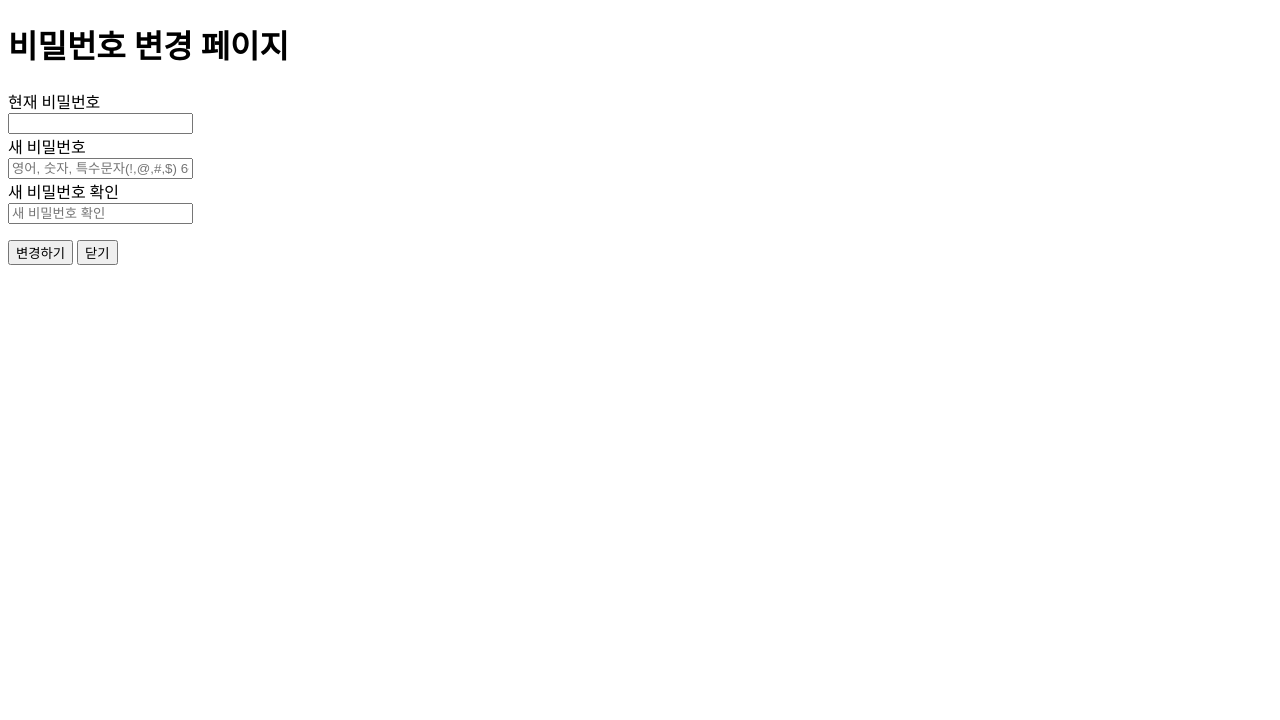
Repository: Godzilla-Man/codingStudy
Page: http://localhost/server_06_notice/member/pwChgFrm
These files come from the project's save history. The page is drawn as it stood at one moment and after the next save; the edit follows.
The browser window is 1280 px wide. The pictures show the whole page.
Some web fonts or font styles are not loaded; a fallback is used. The page is served by Tomcat 9. Other server files are loaded and not shown.

Above is the page before, as saved 2025-05-07 02:45:57.

### server_06_notice/src/main/webapp/WEB-INF/views/member/pwChg.jsp
<%@ page language="java" contentType="text/html; charset=UTF-8"
    pageEncoding="UTF-8"%>
<!DOCTYPE html>
<html>
<head>
<meta charset="UTF-8">
<title>Insert title here</title>
</head>
<body>
	<h1>비밀번호 변경 페이지</h1>
</body>
	<div class="wrap">
		<main class="content pw=container">
			<section class="section">
				<div class="pw-info-wrap">
					<form id="pwChgForm" action="/member/pwChg" method="post">

						<div class="input-wrap">
							<div class="input-title">
								<label for="memberPw">현재 비밀번호</label>
							</div>
							<div class="input-item">
								<%-- 서블릿에서 세션에 등록된 회원의 비밀번호와 일치하는지 검증하기 위해, name 속성 작성하여 서버로 전송 --%>
								<input type="password" id="memberPw" name="memberPw">
							</div>
						</div>

						<div class="input-wrap">
							<div class="input-title">
								<label for="newMemberPw">새 비밀번호</label>
							</div>
							<div class="input-item">
								<input type="password" id="newMemberPw" name="newMemberPw" placeholder="영어, 숫자, 특수문자(!,@,#,$) 6~30글자">
							</div>
						</div>

						<div class="input-wrap">
							<div class="input-title">
								<label for="newMemberPwRe">새 비밀번호 확인</label>
							</div>
							<div class="input-item">
								<input type="password" id="newMemberPwRe" name="newMemberPwRe" placeholder="새 비밀번호 확인">
							</div>
							<p id="pwMessage" class="input-msg"></p>
						</div>

						<div class="pw-btn">
							<button type="button" onclick="pwChg()" class="btn=primary lg">변경하기</button>
							<button type="button" onclick="closeFn()" class="btn-secondary lg">닫기</button>
						</div>

					</form>
				</div>
			</section>
		</main>
	</div>
</html>

### server_06_notice/src/main/java/kr/or/iei/member/controller/PwChgFrmServlet.java
package kr.or.iei.member.controller;

import java.io.IOException;

import javax.servlet.RequestDispatcher;
import javax.servlet.ServletException;
import javax.servlet.annotation.WebServlet;
import javax.servlet.http.HttpServlet;
import javax.servlet.http.HttpServletRequest;
import javax.servlet.http.HttpServletResponse;

/**
 * Servlet implementation class PwChgFrmServlet
 */
@WebServlet("/member/pwChgFrm")
public class PwChgFrmServlet extends HttpServlet {
	private static final long serialVersionUID = 1L;

    /**
     * @see HttpServlet#HttpServlet()
     */
    public PwChgFrmServlet() {
        super();
        // TODO Auto-generated constructor stub
    }

	/**
	 * @see HttpServlet#doGet(HttpServletRequest request, HttpServletResponse response)
	 */
	protected void doGet(HttpServletRequest request, HttpServletResponse response) throws ServletException, IOException {
		//1. 인코딩 - 필터
		//2. 값 추출
		//3. 로직
		//4. 결과 처리
			RequestDispatcher view = request.getRequestDispatcher("/WEB-INF/views/member/pwChg.jsp");
			view.forward(request, response);
	}

	/**
	 * @see HttpServlet#doPost(HttpServletRequest request, HttpServletResponse response)
	 */
	protected void doPost(HttpServletRequest request, HttpServletResponse response) throws ServletException, IOException {
		// TODO Auto-generated method stub
		doGet(request, response);
	}

}

### server_06_notice/src/main/webapp/resources/css/default.css


:root {
  /*main color*/
  --main1: #3d3d3d;
  --main2: #6059f7;
  --main3: #6592fe;
  --main4: #36c3fe;
  --main5: #8c61ff;
  /*box-bg*/
  --box-bg: #f0f1f1;
  /*gray*/
  --gray1: #222222;
  --gray2: #555555;
  --gray3: #717171;
  --gray4: #8f8f8f;
  --gray5: #b7b7b7;
  --gray6: #d6d6d6;
  --gray7: #efefef;
  --gray8: #ffffff;

  /*line-color*/
  --line1: #222222;
  --line2: #d6d6d6;
  --line3: #eaeced;
  --line4: #f6f6f6;
  --line5: #f8f9fa;
}
@font-face {
  font-family: ns-l;
  src: url(/resources/resources/font/NotoSansKR-Light.ttf);
}
@font-face {
  font-family: ns-r;
  src: url(/resources/font/NotoSansKR-Regular.ttf);
}
@font-face {
  font-family: ns-b;
  src: url(/resources/font/NotoSansKR-Bold.ttf);
}
@font-face {
  font-family: ns-black;
  src: url(/resources/font/NotoSansKR-Black.ttf);
}
* {
  margin: 0;
  padding: 0;
  outline: 20;
  font-family: ns-r;
  list-style-type: none;
  color : var(--main1);
}
a {
  text-decoration: none;
}
.wrap {
  min-height: 100vh;
  display: flex;
  flex-direction: column;
  min-width: 800px;
  position: relative;
  background-color: var(--box-bg);
}

.header {
  background-color: var(--main2);
  width: 100%;
  position: sticky;
  top: 0;
  z-index:1;
}
.header > div {
  padding: 10px;
  max-width: 1400px;
  margin: 0 auto;
  display: flex;
  align-items: center;
}
.header a {
  color: var(--gray8);
}
.logo {
  margin-right: 24px;
}
.logo > a {
  font-family: ns-black;
  font-size: 28px;
}
.nav {
  flex: 1;

}
.nav > ul {
  display: flex;
  align-items: center;
}
.nav > ul > li {
  margin: 0px 15px;
  position: relative;

}
.nav a,
.user-menu a {
  transition-duration: 0.3s;
}

.nav a:hover,
.user-menu a:hover {
  color: var(--gray1);
}

.nav .sub-menu {
  display: none;
  position: absolute;
  width: 130px;
  background-color: #fff;
  border: 1px solid var(--main2);
  border-radius: 5px;
  left: 10px;
  z-index: 1;
}

.sub-menu > li > a {
  color: var(--main2);
  padding: 10px;
  display: block;
}
.nav > ul > li:hover > .sub-menu {
  display: block;
}
.sub-menu > li > a:hover {
  background-color: var(--main2);
  color: var(--gray8);
}
.user-menu {
  display: flex;
}
.user-menu > li {
  margin-left: 20px;
}

.content {
  width: 100%;
  max-width: 1400px;
  margin: 30px auto;
  flex: 1;

}
.page-title {
  font-weight : bold;
  padding: 30px;
  text-align: center;
  font-family: ns-b;
  font-size: 20px;
  color: var(--main2);
}
.footer {
  background-color: var(--gray6);
}
.footer > div {
  max-width: 1400px;
  padding: 20px 10px;
  margin: 0 auto;
}
.footer > div > p {
  margin: 10px 0px;
  font-family: ns-b;
  font-size: 16px;
}

section.section {
  padding: 20px;
  border-radius: 10px;
  background-color: var(--gray8);
}
section.section.bg-section {
  background-color: var(--box-bg);
}

[class^="btn-"] {
  cursor: pointer;
  font-size: 14px;
  padding: 9px 20px;
  border: none;
  border-radius: 5px;
  font-family: ns-b;
}
.btn-primary {
  border: 1px solid var(--main3);
  background-color: var(--main3);
  color: var(--gray8);
}
.btn-primary:hover {
  background-color: rgba(101, 146, 254, 0.9);
}
.btn-secondary {
  border: 1px solid var(--gray4);
  background-color: var(--gray4);
  color: var(--gray8);
}
.btn-secondary:hover {
  background-color: rgba(143, 143, 143, 0.9);
}
.btn-point {
  border: 1px solid var(--main5);
  background-color: var(--main5);
  color: var(--gray8);
}
.btn-point:hover {
  background-color: rgba(140, 97, 255, 0.9);
}
.btn-primary.outline {
  color: var(--main3);
  background-color: var(--gray8);
}
.btn-primary.outline:hover {
  background-color: rgba(101, 146, 254, 0.2);
}
.btn-secondary.outline {
  color: var(--gray4);
  background-color: var(--gray8);
}
.btn-secondary.outline:hover {
  background-color: rgba(143, 143, 143, 0.2);
}
.btn-point.outline {
  color: var(--main5);
  background-color: var(--gray8);
}
.btn-point.outline:hover {
  background-color: rgba(140, 97, 255, 0.2);
}
[class^="btn-"].sm {
  padding: 5px 10px;
  font-family: ns-r;
  font-size: 12px;
}
[class^="btn-"].md {
  padding: 7px 15px;
  font-size: 14px;
  border-radius: 20px;
}
[class^="btn-"].lg {
  padding: 12px 25px;
  font-size: 16px;
  border-radius: 25px;
}

.tbl {
  border-top: 1px solid var(--main3);
  width: 100%;
  border-spacing: 0;
}
.tbl th,
.tbl td {
  text-align: center;
  border-bottom: 1px solid var(--line2);
  padding: 10px 20px;
}
.tbl th.left,
.tbl td.left {
  text-align: left;
}
.tbl th {
  background-color: rgba(101, 146, 254, 0.2);
}
.tbl.tbl-hover tbody > tr:hover {
  cursor: pointer;
  background-color: rgba(101, 146, 254, 0.1);
}
.input-wrap {
  display: flex;
  flex-direction: column;
}
.input-wrap > .input-title {
  margin-bottom: 10px;
  font-size: 16px;
  font-weight: bold;
  line-height: 1.5;
}
.input-item {
  display: flex;
  gap: 10px;
}
.input-item > input {
  flex: 1;
  font-size: 16px;
  line-height: 1.5;
  border: none;
  border-bottom: 1px solid var(--gray5);
  padding: 8px 0px;
}
.input-item + .input-msg {
  position: relative;
  margin-top: 8px;
  padding-left: 24px;
  color: var(--gray3);
  font-size: 14px;
  line-height: 1.5;
}
.input-item + .input-msg::before {
  content: "";
  display: block;
  position: absolute;
  left: 0;
  top: 0;
  bottom: 0;
  width: 20px;
  background: url(/resources/images/icon_info.svg) no-repeat center / contain;
}
.input-item + .input-msg.valid {
  color: #1065dc;
}
.input-item + .input-msg.valid::before {
  background: url(/resources/images/icon_info_success.svg) no-repeat center / contain;
}
.input-item + .input-msg.invalid {
  color: #ff3d00;
}
.input-item + .input-msg.invalid::before {
  background: url(/resources/images/icon_info_warning.svg) no-repeat center / contain;
}

.input-item > textarea {
  width: 100%;
  height: 156px;
  padding: 15px;
  resize: none;
  font-size: 16px;
  line-height: 24px;
  border: 1px solid var(--line2);
}

.input-wrap > input[type="checkbox"] {
  display: none;
}
.input-wrap > input[type="checkbox"] + label {
  position: relative;
  display: block;
  flex-grow: 1;
  padding: 8px 0 8px 30px;
  cursor: pointer;
}
.input-wrap > input[type="checkbox"] + label::before {
  content: "";
  display: block;
  position: absolute;
  left: 0;
  top: 8px;
  width: 24px;
  height: 24px;
  color: var(--main3);
  border-radius: 50%;
  background: url(/resources/images/icon_check.png) no-repeat center / 20px;
}
.input-wrap > input[type="checkbox"]:checked + label::before {
  background: url(/resources/images/icon_check_active.png) no-repeat center / 20px;
}

.input-wrap > input[type="radio"] {
  display: none;
}
.input-wrap > input[type="radio"] + label {
  position: relative;
  display: block;
  flex-grow: 1;
  padding: 8px 0 8px 30px;
  cursor: pointer;
}
.input-wrap > input[type="radio"] + label::before {
  content: "";
  display: block;
  position: absolute;
  left: 0;
  top: 8px;
  width: 24px;
  height: 24px;
  color: var(--main3);
  border-radius: 50%;
  background: url(/resources/images/icon_check.png) no-repeat center / 20px;
}
.input-wrap > input[type="radio"]:checked + label::before {
  background: url(/resources/images/icon_check_active.png) no-repeat center / 20px;
}
.select {
  flex: 1;
  position: relative;
  border: 1px solid var(--line2);
  border-radius: 5px;
  background: #fff url(/resources/images/icon_arrow_down.svg) no-repeat right 12px center / 12px;
  overflow: hidden;
}
.select > select {
  width: 100%;
  padding: 8px 12px;
  font-size: 16px;
  line-height: 1.5;
  cursor: pointer;
  appearance: none;
  background-color: transparent;
  border: 0;
}
.modal-bg {
  background-color: rgba(0, 0, 0, 0.4);
  position: fixed;
  width: 100vw;
  height: 100vh;
  top: 0;
  left: 0;
  display: none;
  justify-content: center;
  align-items: center;
}
.modal-bg.open {
  display: flex;
}
.modal-container {
  background-color: var(--gray8);
  padding: 40px 20px;
  width: 500px;
  display: flex;
  flex-direction: column;
  border-radius: 10px;
  gap: 20px;
  box-sizing: border-box;
  position: relative;
}
.modal-title {
  font-size: 20px;
  font-family: ns-b;
  line-height: 30px;
  text-align: center;
}
.modal-main {
  flex: 1;
  overflow-y: auto;
  padding: 0px 30px;
}
.modal-content {
  max-height: 200px;
}
.modal-btn-area {
  display: flex;
  gap: 13px;
  justify-content: center;
}
.modal-close-btn {
  position: absolute;
  top: 20px;
  right: 20px;
  font-size: 30px;
  cursor: pointer;
}

.posting-wrap{
	overflow: hidden;
	padding: 10px;
}
.posting-wrap>.posting-item{
	box-sizing: border-box;
	width : 335px;
	float: left;
	padding : 30px

}
.posting-item>a{
	display : block;
}
.posting-item:hover{
	box-shadow: 0 2px 10px 0 rgba(0, 0, 0, 0.2);
}
.posting-img{
	height: 200px;
}
.posting-img>img{
	width:100%;
	height:100%;
	object-fit:contain;
}
.posting-info{
	margin: 10px auto;
	width: 75%
}
.posting-title{
	font-size : 18px;
	font-family : ns-b;
	white-space: nowrap;
	overflow: hidden;
	text-overflow: ellipsis;
}

.pagination {
  list-style-type: none;
  display: flex;
  justify-content: center;
  align-items: center;
}
.posting-sub-info{
	margin : 10px 0px;
	display: flex;
	justify-content: space-between;
}
.posting-sub-info>span{
	font-size: 14px;
	font-family: ns-b;
}

.pagination > li {
  width: 40px;
  height: 40px;
  text-align: center;
  line-height: 40px;
  overflow: hidden;
}
.pagination.circle-style > li {
  border-radius: 50%;
}
.pagination > li > a.page-item {
  display: block;
  width: 100%;
  height: 100%;
  font-size: 18px;
}
.pagination > li > a.page-item > span.material-icons {
  display: block;
  width: 100%;
  height: 100%;
  line-height: 40px;
}
.pagination .page-item.active-page {
  background-color: var(--main2);
  color: #fff;
}

### server_06_notice/src/main/webapp/resources/images/icon_info.svg
<svg fill="#717171" clip-rule="evenodd" fill-rule="evenodd" stroke-linejoin="round" stroke-miterlimit="2" viewBox="0 0 24 24" xmlns="http://www.w3.org/2000/svg"><path d="m12.002 2.005c5.518 0 9.998 4.48 9.998 9.997 0 5.518-4.48 9.998-9.998 9.998-5.517 0-9.997-4.48-9.997-9.998 0-5.517 4.48-9.997 9.997-9.997zm0 1.5c-4.69 0-8.497 3.807-8.497 8.497s3.807 8.498 8.497 8.498 8.498-3.808 8.498-8.498-3.808-8.497-8.498-8.497zm0 6.5c-.414 0-.75.336-.75.75v5.5c0 .414.336.75.75.75s.75-.336.75-.75v-5.5c0-.414-.336-.75-.75-.75zm-.002-3c.552 0 1 .448 1 1s-.448 1-1 1-1-.448-1-1 .448-1 1-1z" fill-rule="nonzero"/></svg>

Loaded but not shown: server_06_notice/src/main/webapp/resources/js/sweetalert.min.js (library)

After the next save:
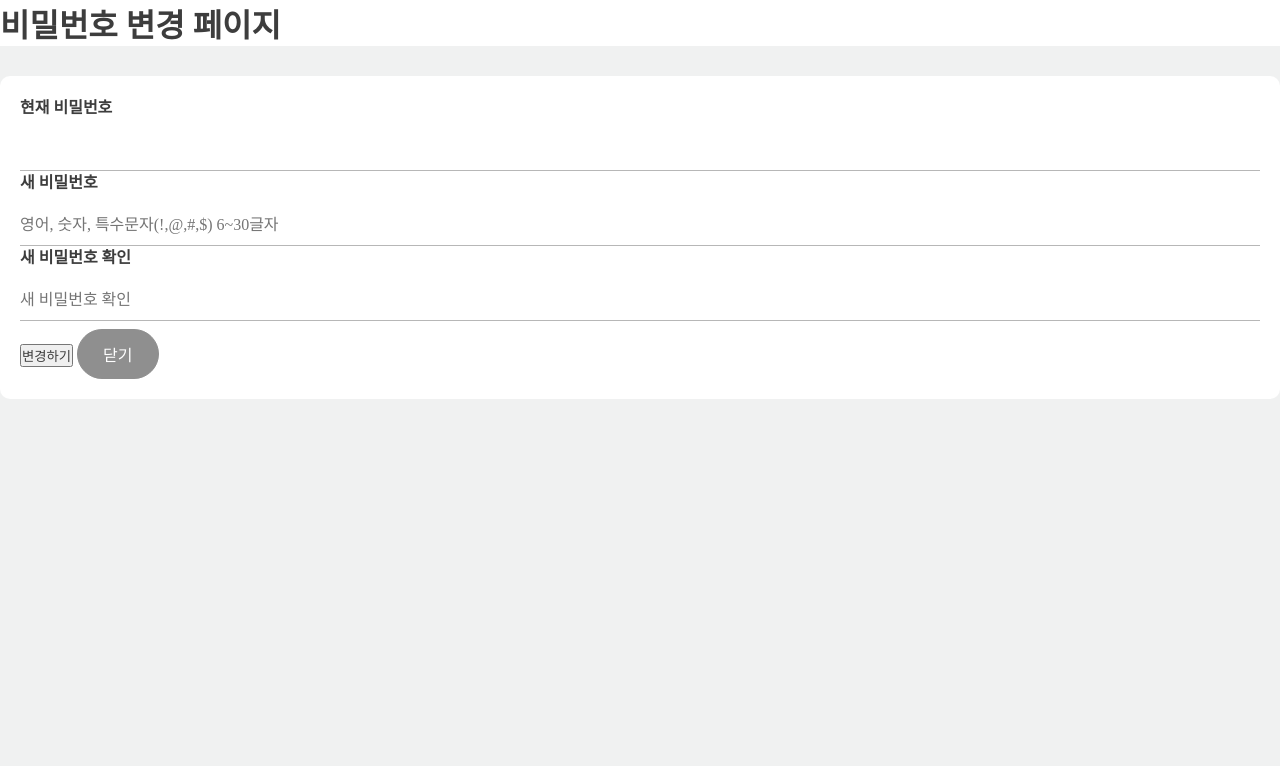
Saved 3 min 46 s later.
--- a/server_06_notice/src/main/webapp/WEB-INF/views/member/pwChg.jsp
+++ b/server_06_notice/src/main/webapp/WEB-INF/views/member/pwChg.jsp
@@ -1,5 +1,9 @@
 <%@ page language="java" contentType="text/html; charset=UTF-8"
     pageEncoding="UTF-8"%>
+<link rel="stylesheet" href="/resources/css/default.css">
+<script src="https://code.jquery.com/jquery-3.7.1.min.js"></script>
+<script src="/resources/js/sweetalert.min.js"></script>
+
 <!DOCTYPE html>
 <html>
 <head>
